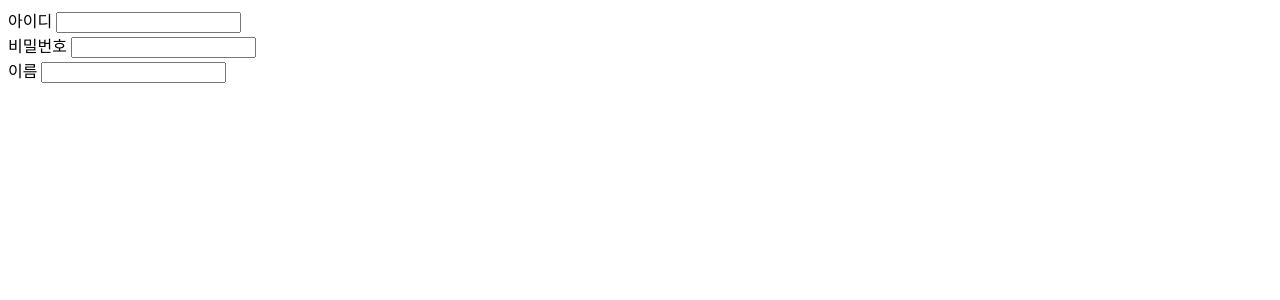
Repository: SniperDitto/save
Page: http://localhost/Boards0425/02_client/02_members/join.jsp
An editor plug-in stored every save of this project. The page is shown before and after the next save, followed by the edit.
The browser window is 1280 px wide. The pictures show the whole page.
The page is served by Tomcat 9. Other server files are loaded and not shown.

Above is the page before, as saved 2022-04-27 23:59:40.

### 2022JAVA_YSH 1/JAVA/Web/Boards0425/WebContent/02_client/02_members/join.jsp
<%@ page language="java" contentType="text/html; charset=UTF-8"
    pageEncoding="UTF-8"%>
<!DOCTYPE html>
<html>
<head>
<meta charset="UTF-8">
<title>회원가입</title>
</head>
<body>
	<div id="wrap">
		<div class="row">
			<span>아이디</span>
			<span>
				<input type="text" name="userID" id="userID" class=""/>
			</span>
		</div>
		<div class="row">
			<span>비밀번호</span>
			<span>
				<input type="password" name="userPW" id="userPW" class=""/>
			</span>
		</div>
		<div class="row">
			<span>이름</span>
			<span>
				<input type="text" name="userName" id="userName" class=""/>
			</span>
		</div>
	</div>
</body>
</html>

After the next save:
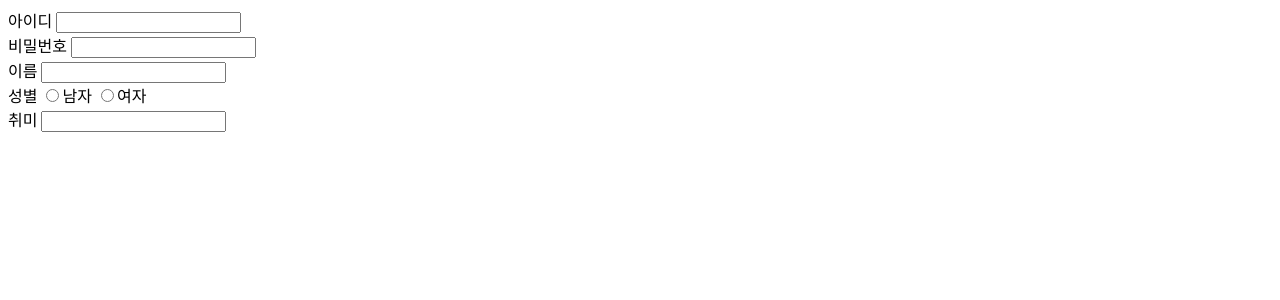
Saved 79 s later.
--- a/2022JAVA_YSH 1/JAVA/Web/Boards0425/WebContent/02_client/02_members/join.jsp
+++ b/2022JAVA_YSH 1/JAVA/Web/Boards0425/WebContent/02_client/02_members/join.jsp
@@ -26,6 +26,19 @@
 				<input type="text" name="userName" id="userName" class=""/>
 			</span>
 		</div>
+		<div class="row">
+			<span>성별</span>
+			<span>
+				<input type="radio" name="userGen" id="userGen" class="" value="M"/>남자
+				<input type="radio" name="userGen" id="userGen" class="" value="F"/>여자
+			</span>
+		</div>
+		<div class="row">
+			<span>취미</span>
+			<span>
+				<input type="text" name="userName" id="userName" class=""/>
+			</span>
+		</div>
 	</div>
 </body>
 </html>
